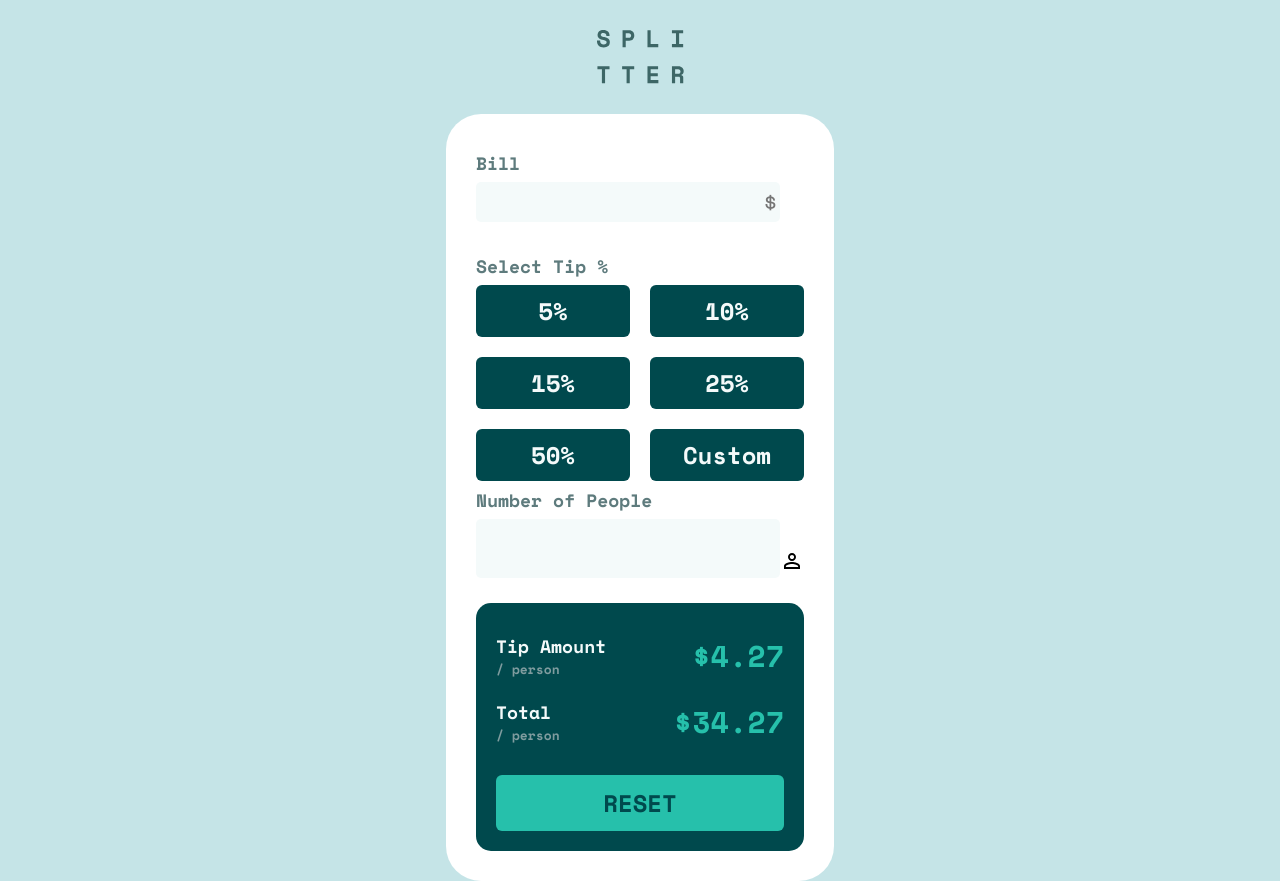
Repository: tomas938/tipcalculator
Page: /
These files come from the project's save history. The page is drawn as it stood at one moment and after the next save; the edit follows.
The browser window is 1280 px wide. The pictures show the whole page.
The project was rebuilt for these pictures with package versions that can differ from the ones it lists, and the page was loaded fresh each time.

Above is the page before, as saved 2021-08-04 10:25:29.

After the next save:
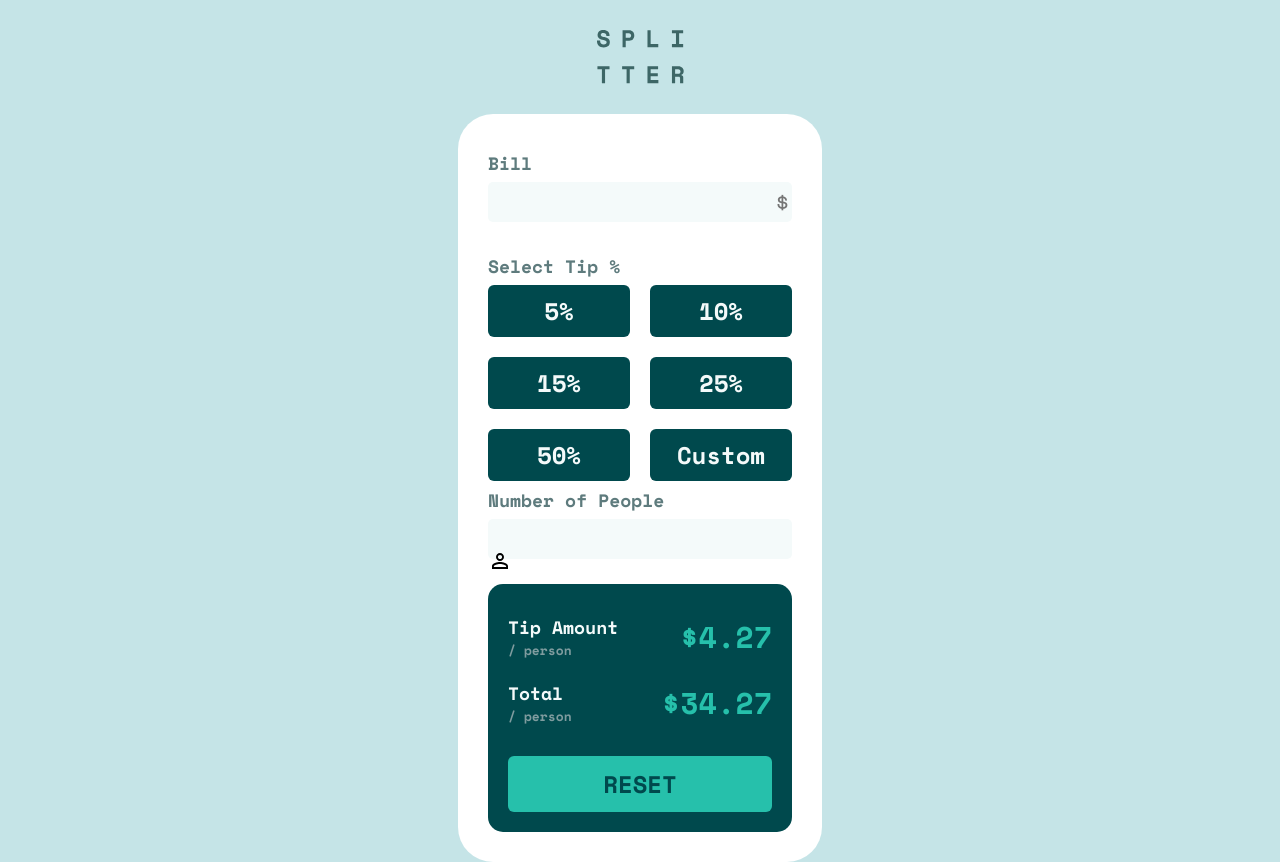
Saved 8 s later.
--- a/src/components/Splitter.vue
+++ b/src/components/Splitter.vue
@@ -167,5 +167,8 @@ h3 {
 }
 .people {
 	display: flex;
+	svg {
+		position: absolute;
+	}
 }
 </style>
